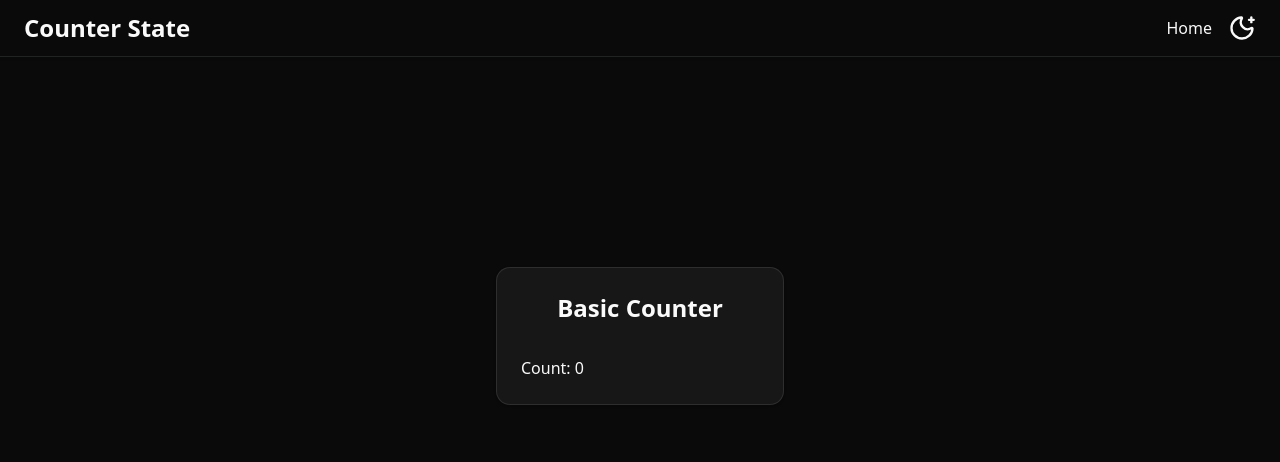
Repository: dev-piyushsarkar/counter-state-project
Page: /
An editor plug-in stored every save of this project. The page is shown before and after the next save, followed by the edit.
The browser window is 1280 px wide. The pictures show the whole page.
The project was rebuilt for these pictures with package versions that can differ from the ones it lists, and the page was loaded fresh each time. The framework's server and built-in components were replaced by stand-ins that run in the browser. Also part of the build but not shown: next.config.ts.

Above is the page before, as saved 2025-11-15 13:34:35.

### src/app/layout.tsx
import Header from "@/components/Header/Header";
import ThemeProvider from "@/components/Providers/ThemeProvider";
import "./globals.css";

type RootLayoutProps = {
	children: React.ReactNode;
};

const RootLayout = ({ children }: Readonly<RootLayoutProps>) => {
	return (
		<html
			lang="en"
			suppressHydrationWarning>
			<body>
				<ThemeProvider
					attribute={"class"}
					defaultTheme="dark"
					enableSystem={false}>
					<Header />

					<main className="mx-auto max-w-7xl px-6 py-3">{children}</main>
				</ThemeProvider>
			</body>
		</html>
	);
};

export default RootLayout;

### src/app/page.tsx
import {
	Card,
	CardContent,
	CardHeader,
	CardTitle,
} from "@/components/shadcnui/card";
import { Metadata } from "next";

export const metadata: Metadata = {
	title: "Nextjs Starter Frontend",
	description: "Production grade Next.js starter template",
};

const page = () => {
	return (
		<section className="grid h-[90dvh] place-items-center">
			<Card className="w-2xs">
				<CardHeader>
					<CardTitle className="text-center text-2xl font-semibold">
						Basic Counter
					</CardTitle>
				</CardHeader>
				<CardContent>
					<div className="">Count: 0</div>
					<div className=""></div>
				</CardContent>
			</Card>
		</section>
	);
};

export default page;

### src/components/Header/Header.tsx
import Link from "next/link";
import ThemeToggleButton from "../ThemeToggleButton";

const Header = () => {
	return (
		<header
			className="fixed right-0 left-0 border-b shadow"
			aria-label="app-header">
			<div className="mx-auto flex max-w-7xl items-center justify-between px-6 py-3">
				<Link href={"/"}>
					<h1
						className="text-2xl font-semibold"
						aria-label="App Name">
						Counter State
					</h1>
				</Link>

				<nav className="flex items-center gap-4">
					<Link href={"/"}>Home</Link>

					<ThemeToggleButton />
				</nav>
			</div>
		</header>
	);
};

export default Header;

### src/components/Providers/ThemeProvider.tsx
"use client";

import { ThemeProvider as NextThemesProvider } from "next-themes";
import { ComponentProps } from "react";

type ThemeProviderProps = ComponentProps<typeof NextThemesProvider>;

const ThemeProvider = ({ children, ...props }: ThemeProviderProps) => {
	return <NextThemesProvider {...props}>{children}</NextThemesProvider>;
};

export default ThemeProvider;

### src/components/shadcnui/card.tsx
import * as React from "react"

import { cn } from "@/lib/utils"

function Card({ className, ...props }: React.ComponentProps<"div">) {
  return (
    <div
      data-slot="card"
      className={cn(
        "bg-card text-card-foreground flex flex-col gap-6 rounded-xl border py-6 shadow-sm",
        className
      )}
      {...props}
    />
  )
}

function CardHeader({ className, ...props }: React.ComponentProps<"div">) {
  return (
    <div
      data-slot="card-header"
      className={cn(
        "@container/card-header grid auto-rows-min grid-rows-[auto_auto] items-start gap-2 px-6 has-data-[slot=card-action]:grid-cols-[1fr_auto] [.border-b]:pb-6",
        className
      )}
      {...props}
    />
  )
}

function CardTitle({ className, ...props }: React.ComponentProps<"div">) {
  return (
    <div
      data-slot="card-title"
      className={cn("leading-none font-semibold", className)}
      {...props}
    />
  )
}

function CardDescription({ className, ...props }: React.ComponentProps<"div">) {
  return (
    <div
      data-slot="card-description"
      className={cn("text-muted-foreground text-sm", className)}
      {...props}
    />
  )
}

function CardAction({ className, ...props }: React.ComponentProps<"div">) {
  return (
    <div
      data-slot="card-action"
      className={cn(
        "col-start-2 row-span-2 row-start-1 self-start justify-self-end",
        className
      )}
      {...props}
    />
  )
}

function CardContent({ className, ...props }: React.ComponentProps<"div">) {
  return (
    <div
      data-slot="card-content"
      className={cn("px-6", className)}
      {...props}
    />
  )
}

function CardFooter({ className, ...props }: React.ComponentProps<"div">) {
  return (
    <div
      data-slot="card-footer"
      className={cn("flex items-center px-6 [.border-t]:pt-6", className)}
      {...props}
    />
  )
}

export {
  Card,
  CardHeader,
  CardFooter,
  CardTitle,
  CardAction,
  CardDescription,
  CardContent,
}

### src/components/ThemeToggleButton.tsx
"use client";

import { MoonStar, Sun } from "lucide-react";
import { useTheme } from "next-themes";

const ThemeToggleButton = () => {
	const { theme, setTheme } = useTheme();

	return (
		<button
			onClick={() => setTheme(theme === "dark" ? "light" : "dark")}
			className="flex cursor-pointer items-center">
			<Sun
				size={28}
				className="-rotate-90 opacity-100 transition-all duration-300 dark:rotate-0 dark:opacity-0"
			/>

			<MoonStar
				size={28}
				className="absolute -rotate-90 opacity-0 transition-all duration-300 dark:rotate-0 dark:opacity-100"
			/>
		</button>
	);
};

export default ThemeToggleButton;

### src/lib/utils.ts
import { clsx, type ClassValue } from "clsx";
import { twMerge } from "tailwind-merge";

export const cn: typeof clsx = (...inputs: ClassValue[]) => {
	return twMerge(clsx(inputs));
};

### src/components/shadcnui/button.tsx
import * as React from "react"
import { Slot } from "@radix-ui/react-slot"
import { cva, type VariantProps } from "class-variance-authority"

import { cn } from "@/lib/utils"

const buttonVariants = cva(
  "inline-flex items-center justify-center gap-2 whitespace-nowrap rounded-md text-sm font-medium transition-all disabled:pointer-events-none disabled:opacity-50 [&_svg]:pointer-events-none [&_svg:not([class*='size-'])]:size-4 shrink-0 [&_svg]:shrink-0 outline-none focus-visible:border-ring focus-visible:ring-ring/50 focus-visible:ring-[3px] aria-invalid:ring-destructive/20 dark:aria-invalid:ring-destructive/40 aria-invalid:border-destructive",
  {
    variants: {
      variant: {
        default: "bg-primary text-primary-foreground hover:bg-primary/90",
        destructive:
          "bg-destructive text-white hover:bg-destructive/90 focus-visible:ring-destructive/20 dark:focus-visible:ring-destructive/40 dark:bg-destructive/60",
        outline:
          "border bg-background shadow-xs hover:bg-accent hover:text-accent-foreground dark:bg-input/30 dark:border-input dark:hover:bg-input/50",
        secondary:
          "bg-secondary text-secondary-foreground hover:bg-secondary/80",
        ghost:
          "hover:bg-accent hover:text-accent-foreground dark:hover:bg-accent/50",
        link: "text-primary underline-offset-4 hover:underline",
      },
      size: {
        default: "h-9 px-4 py-2 has-[>svg]:px-3",
        sm: "h-8 rounded-md gap-1.5 px-3 has-[>svg]:px-2.5",
        lg: "h-10 rounded-md px-6 has-[>svg]:px-4",
        icon: "size-9",
        "icon-sm": "size-8",
        "icon-lg": "size-10",
      },
    },
    defaultVariants: {
      variant: "default",
      size: "default",
    },
  }
)

function Button({
  className,
  variant,
  size,
  asChild = false,
  ...props
}: React.ComponentProps<"button"> &
  VariantProps<typeof buttonVariants> & {
    asChild?: boolean
  }) {
  const Comp = asChild ? Slot : "button"

  return (
    <Comp
      data-slot="button"
      className={cn(buttonVariants({ variant, size, className }))}
      {...props}
    />
  )
}

export { Button, buttonVariants }

Loaded but not shown: src/app/globals.css (common file)

After the next save:
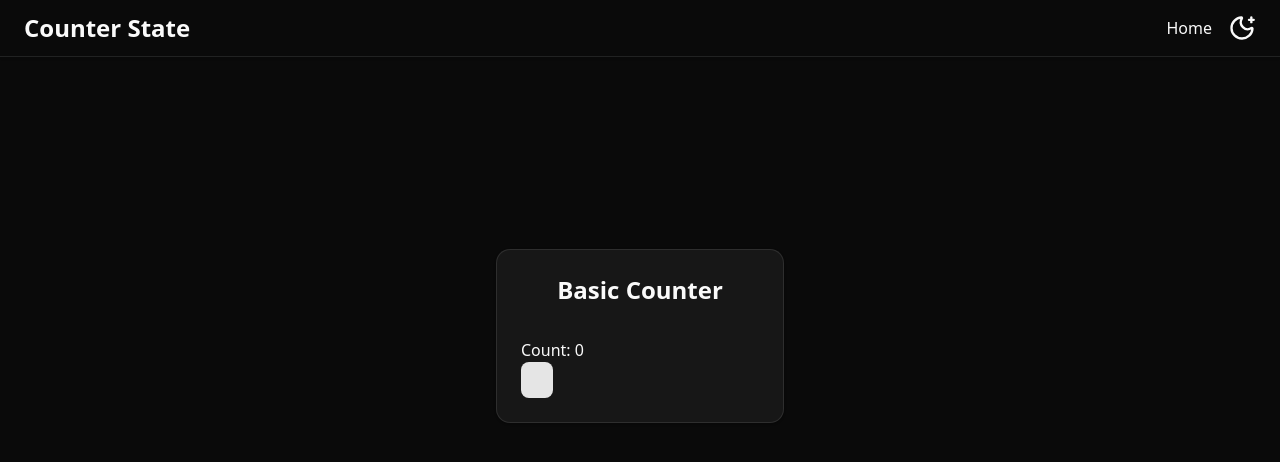
Saved 55 s later.
--- a/src/app/page.tsx
+++ b/src/app/page.tsx
@@ -1,3 +1,4 @@
+import { Button } from "@/components/shadcnui/button";
 import {
 	Card,
 	CardContent,
@@ -22,7 +23,9 @@ const page = () => {
 				</CardHeader>
 				<CardContent>
 					<div className="">Count: 0</div>
-					<div className=""></div>
+					<div className="">
+						<Button></Button>
+					</div>
 				</CardContent>
 			</Card>
 		</section>
